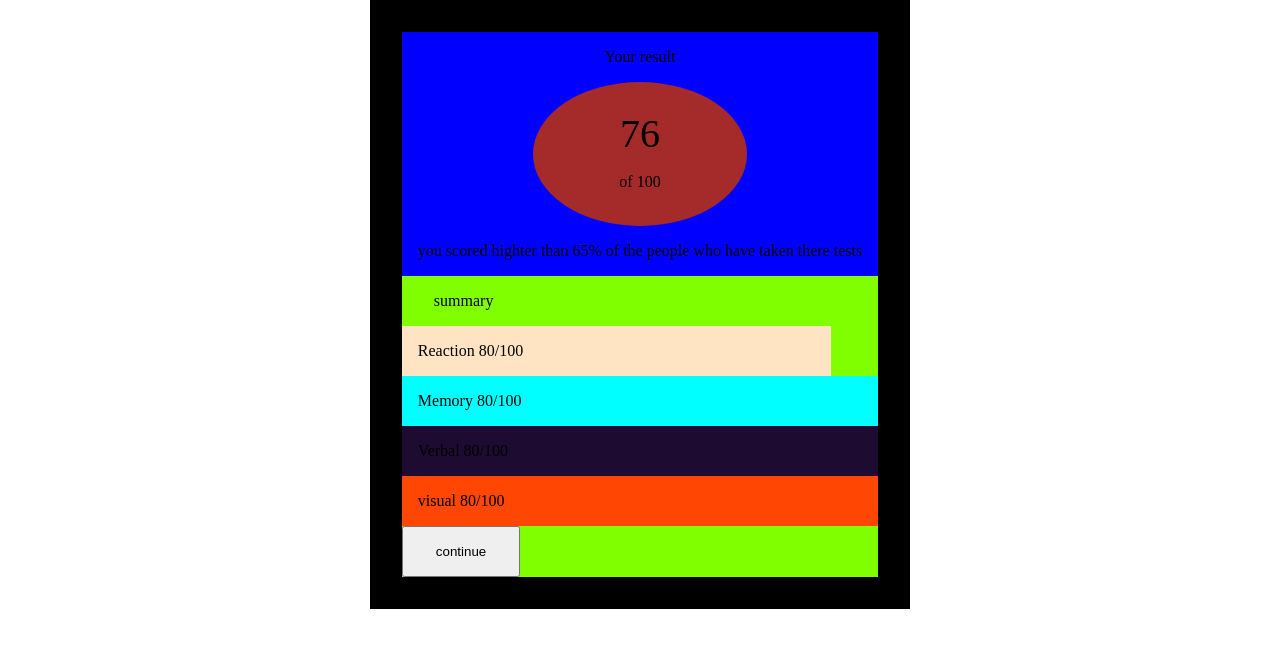
Repository: rahanwz/Card2-raha
Page: card2.html
The author's editor kept a copy of each file at every save. The page is drawn from the files as they stood at one save, then again after a run of saves.
The browser window is 1280 px wide. The pictures show the whole page.

Above is the page before, as saved 2024-02-19 23:48:14.

After the next 2 saves:
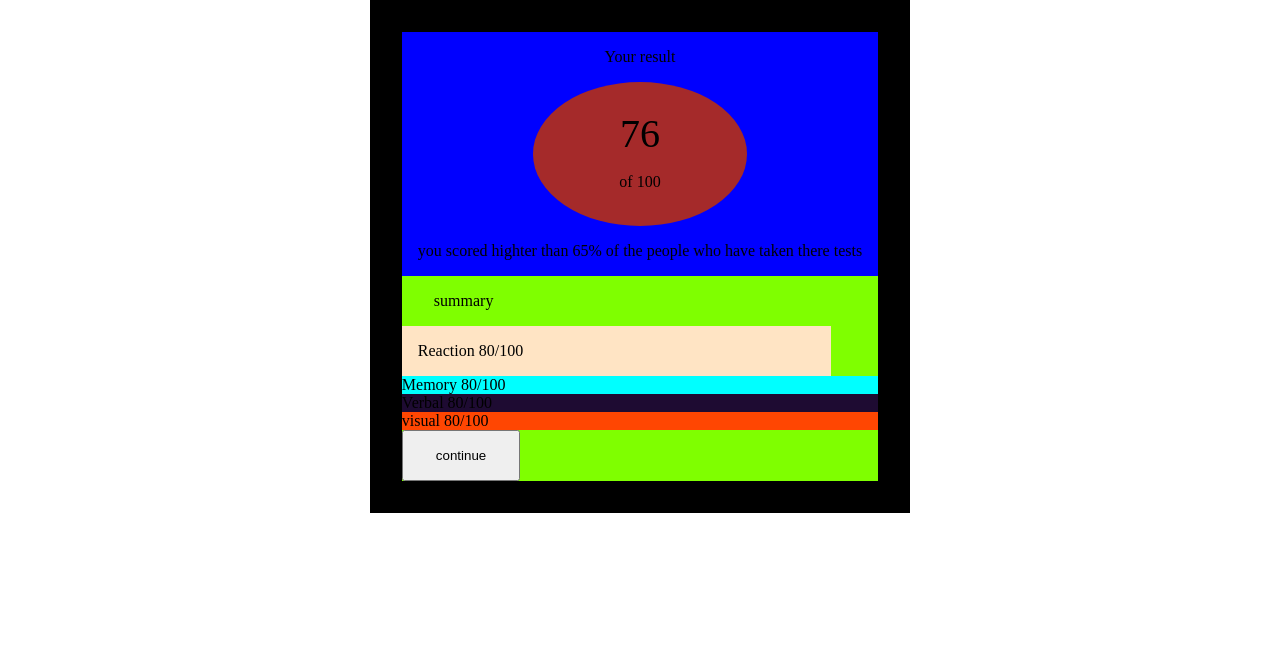
The 2 saves are shown as one change because they came seconds apart.
The last was saved 17 s later.
--- a/card2.css
+++ b/card2.css
@@ -55,12 +55,13 @@
 
 .bottom_card .box {
   display: flex;
-  padding: 1rem;
+
 }
 
 .box1 {
   background-color: bisque;
   width: 90%;
+   padding: 1rem;
 }
 
 .box2 {

After the 2 saves that followed:
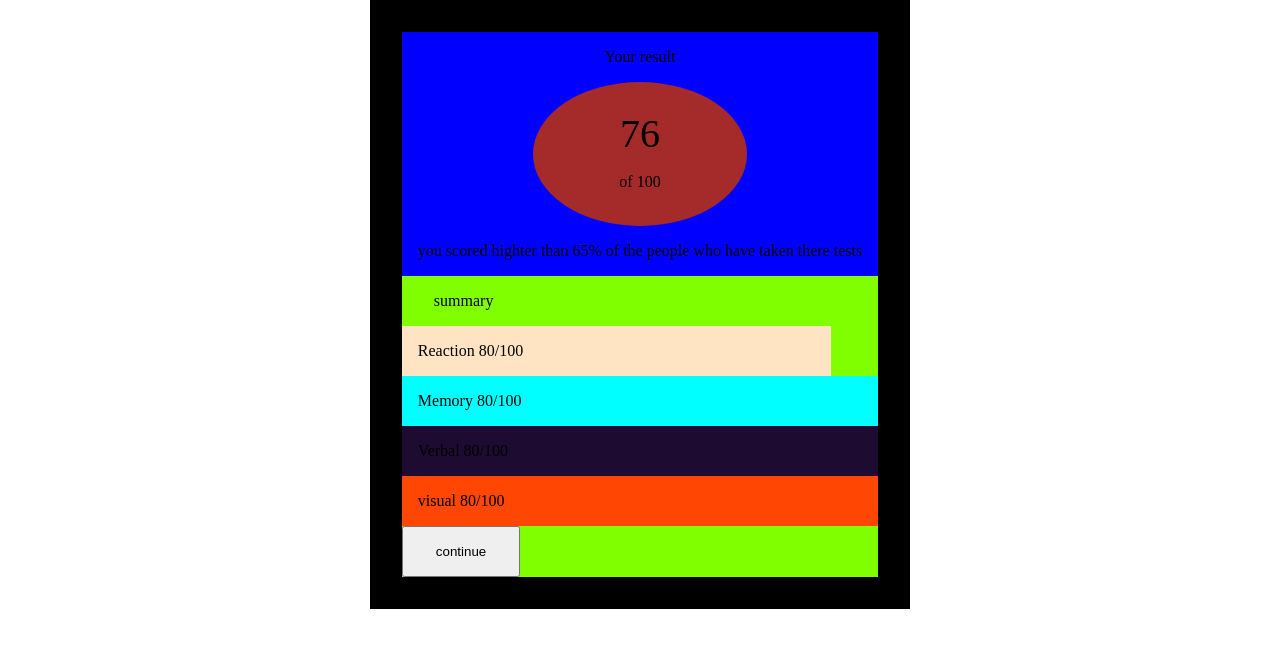
The 2 saves are shown as one change because they came seconds apart.
The last was saved 15 s later.
--- a/card2.css
+++ b/card2.css
@@ -55,13 +55,13 @@
 
 .bottom_card .box {
   display: flex;
-
+  padding: 1rem;
 }
 
 .box1 {
   background-color: bisque;
   width: 90%;
-   padding: 1rem;
+
 }
 
 .box2 {
